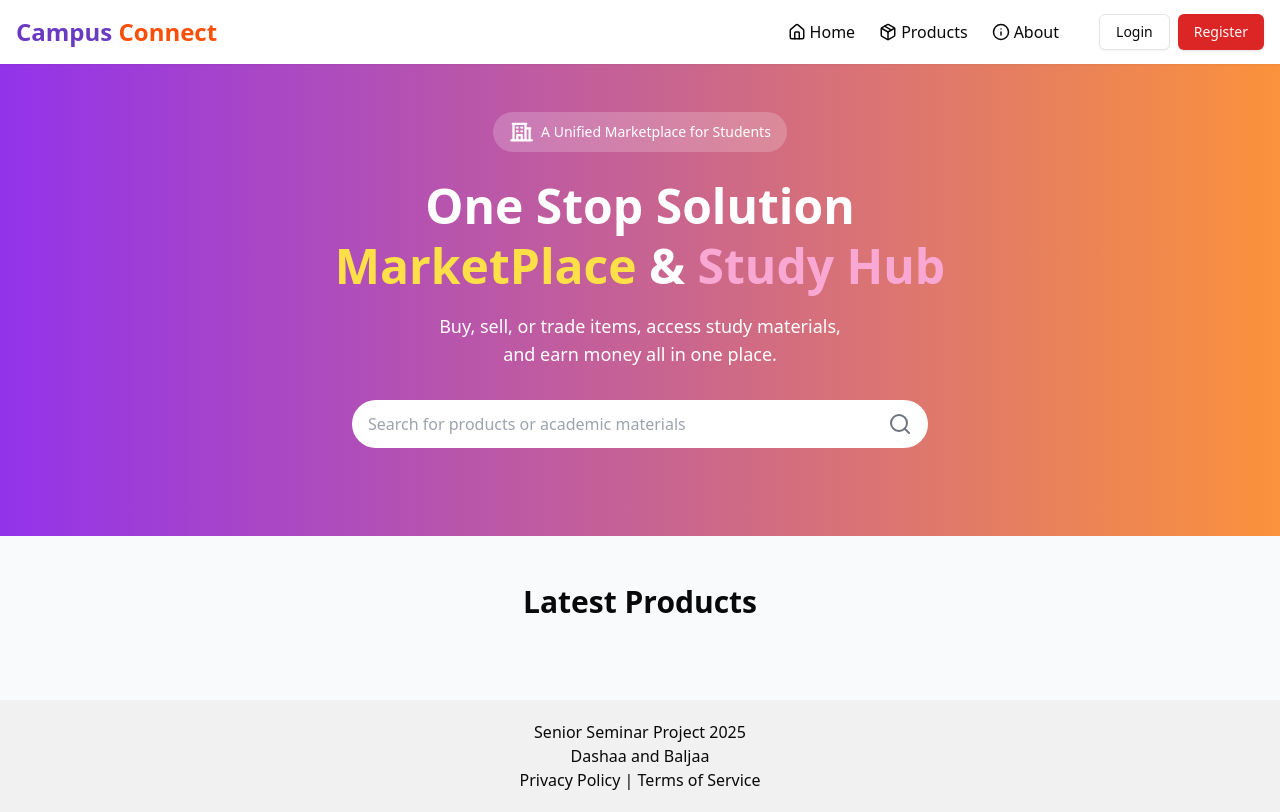
Repository: DashaaFX/Campus-Connect-CSC482
Page: / (app in frontend-recovery/)
These files come from the project's save history. The page is drawn as it stood at one moment and after the next save; the edit follows.
The browser window is 1280 px wide. The pictures show the whole page.
The page's requests for data from a server got no answer. The project was rebuilt for these pictures with package versions that can differ from the ones it lists, and the page was loaded fresh each time. No one was signed in, and anything a server would have sent is missing. Also part of the build but not shown: frontend-recovery/vite.config.js, frontend-recovery/src/components/ui/popover.jsx, frontend-recovery/src/components/ui/avatar.jsx, frontend-recovery/src/components/ui/label.jsx, frontend-recovery/src/components/ui/input.jsx, frontend-recovery/src/components/ui/radio-group.jsx, frontend-recovery/src/components/authentication/Login.jsx, frontend-recovery/src/components/authentication/Register.jsx and 22 more.

Above is the page before, as saved 2025-05-10 18:25:43.

### frontend-recovery/index.html
<!doctype html>
<html lang="en">
  <head>
    <meta charset="UTF-8" />
    <link rel="icon" href="/sunfire sensei logo.png" />
    <meta name="viewport" content="width=device-width, initial-scale=1.0" />
    <title>Campus Connect</title>
  </head>
  <body>
    <div id="root"></div>
    <script type="module" src="/src/main.jsx"></script>
  </body>
</html>

### frontend-recovery/src/main.jsx
import { StrictMode } from "react";
import { createRoot } from "react-dom/client";
import "./index.css";
import App from "./App.jsx";
import { Toaster } from "./components/ui/sonner";
import { Provider } from "react-redux";
import { persistStore } from "redux-persist";

import store from "./redux/store";
import { PersistGate } from "redux-persist/integration/react";

const persistor = persistStore(store);

createRoot(document.getElementById("root")).render(
  <StrictMode>
    <Provider store={store}>
      <PersistGate loading={null} persistor={persistor}>
        <App />
        <Toaster />
      </PersistGate>
    </Provider>
  </StrictMode>
);

### frontend-recovery/src/index.css
@tailwind base;
@tailwind components;
@tailwind utilities;

/* ... */

@layer base {
  :root {

    --background: 0 0% 100%;

    --foreground: 240 10% 3.9%;

    --card: 0 0% 100%;

    --card-foreground: 240 10% 3.9%;

    --popover: 0 0% 100%;

    --popover-foreground: 240 10% 3.9%;

    --primary: 240 5.9% 10%;

    --primary-foreground: 0 0% 98%;

    --secondary: 240 4.8% 95.9%;

    --secondary-foreground: 240 5.9% 10%;

    --muted: 240 4.8% 95.9%;

    --muted-foreground: 240 3.8% 46.1%;

    --accent: 240 4.8% 95.9%;

    --accent-foreground: 240 5.9% 10%;

    --destructive: 0 84.2% 60.2%;

    --destructive-foreground: 0 0% 98%;

    --border: 240 5.9% 90%;

    --input: 240 5.9% 90%;

    --ring: 240 10% 3.9%;

    --chart-1: 12 76% 61%;

    --chart-2: 173 58% 39%;

    --chart-3: 197 37% 24%;

    --chart-4: 43 74% 66%;

    --chart-5: 27 87% 67%;

    --radius: 0.5rem
  }
  .dark {

    --background: 240 10% 3.9%;

    --foreground: 0 0% 98%;

    --card: 240 10% 3.9%;

    --card-foreground: 0 0% 98%;

    --popover: 240 10% 3.9%;

    --popover-foreground: 0 0% 98%;

    --primary: 0 0% 98%;

    --primary-foreground: 240 5.9% 10%;

    --secondary: 240 3.7% 15.9%;

    --secondary-foreground: 0 0% 98%;

    --muted: 240 3.7% 15.9%;

    --muted-foreground: 240 5% 64.9%;

    --accent: 240 3.7% 15.9%;

    --accent-foreground: 0 0% 98%;

    --destructive: 0 62.8% 30.6%;

    --destructive-foreground: 0 0% 98%;

    --border: 240 3.7% 15.9%;

    --input: 240 3.7% 15.9%;

    --ring: 240 4.9% 83.9%;

    --chart-1: 220 70% 50%;

    --chart-2: 160 60% 45%;

    --chart-3: 30 80% 55%;

    --chart-4: 280 65% 60%;

    --chart-5: 340 75% 55%
  }
}

@layer base {
  * {
    @apply border-border;
  }
  body {
    @apply bg-background text-foreground;
  }
}

@keyframes collapsible-down {
  from {
    height: 0;
    opacity: 0;
  }
  to {
    height: var(--radix-collapsible-content-height);
    opacity: 1;
  }
}

@keyframes collapsible-up {
  from {
    height: var(--radix-collapsible-content-height);
    opacity: 1;
  }
  to {
    height: 0;
    opacity: 0;
  }
}

### frontend-recovery/src/App.jsx
import React from "react";
import { createBrowserRouter, RouterProvider } from "react-router-dom";
import { Provider } from "react-redux";
import store from "./redux/store";

// Pages & Components
import Layout from "./Layout";
import Home from "./components/components_lite/Home";
import Login from "./components/authentication/Login";
import Register from "./components/authentication/Register";
import Profile from "./components/components_lite/Profile";
import PrivacyPolicy from "./components/components_lite/PrivacyPolicy";
import TermsofService from "./components/components_lite/TermsofService";
import Creator from "./components/creator/Creator";
import PostProduct from "./components/admincomponent/PostProduct";
import EditProductForm from "./components/admincomponent/EditProductForm";
import AdminProducts from "./pages/AdminProducts";

import PublicProductPage from "./components/components_lite/PublicProductPage";
import Products from "./components/components_lite/Products";
import CartPage from "./pages/CartPage";
import CheckoutPage from "./pages/CheckoutPage";
import MyOrdersPage from "./pages/MyOrdersPage";
import MySalesPage from "./pages/MySalesPage";

const appRouter = createBrowserRouter([
  {
    path: "/",
    element: <Layout />,
    children: [
      { path: "", element: <Home /> },
      { path: "home", element: <Home /> },
      { path: "login", element: <Login /> },
      { path: "register", element: <Register /> },
      { path: "profile", element: <Profile /> },
      { path: "privacy-policy", element: <PrivacyPolicy /> },
      { path: "terms-of-service", element: <TermsofService /> },
      { path: "creator", element: <Creator /> },


      { path: "products", element: <PublicProductPage /> },
      { path: "products/:id", element: <Products /> },


      { path: "cart", element: <CartPage /> },
      { path: "checkout", element: <CheckoutPage /> },


      { path: "my-orders", element: <MyOrdersPage /> },
      { path: "my-sales", element: <MySalesPage /> },
      { path: "products/create", element: <PostProduct /> },

    ]
  }
]);

function App() {
  return (
    <Provider store={store}>
      <RouterProvider router={appRouter} />
    </Provider>
  );
}

export default App;

### frontend-recovery/src/components/ui/sonner.jsx
import { useTheme } from "next-themes"
import { Toaster as Sonner } from "sonner"

const Toaster = ({
  ...props
}) => {
  const { theme = "system" } = useTheme()

  return (
    (<Sonner
      theme={theme}
      className="toaster group"
      toastOptions={{
        classNames: {
          toast:
            "group toast group-[.toaster]:bg-background group-[.toaster]:text-foreground group-[.toaster]:border-border group-[.toaster]:shadow-lg",
          description: "group-[.toast]:text-muted-foreground",
          actionButton:
            "group-[.toast]:bg-primary group-[.toast]:text-primary-foreground",
          cancelButton:
            "group-[.toast]:bg-muted group-[.toast]:text-muted-foreground",
        },
      }}
      {...props} />)
  );
}

export { Toaster }

### frontend-recovery/src/Layout.jsx
import React from "react";
import Navbar from "./components/components_lite/Navbar";
import { Outlet } from "react-router-dom";

const Layout = () => {
  return (
    <div>
      <Navbar />
      <Outlet />
    </div>
  );
};

export default Layout;

### frontend-recovery/src/components/components_lite/Home.jsx
// src/components/components_lite/Home.jsx
import React, { useEffect, useState } from 'react';
import Navbar from './Navbar';
import Header from './Header';
import Footer from './Footer';
import axios from 'axios';
import { PRODUCT_API_ENDPOINT } from '@/utils/data';
import { Link } from 'react-router-dom';
import { Button } from '../ui/button';
import LatestProducts from './LatestProducts';

const BASE_URL = import.meta.env.VITE_API_BASE_URL || 'http://localhost:3000';

const Home = () => {
  const [recentProducts, setRecentProducts] = useState([]);

  useEffect(() => {
    axios
      .get(`${PRODUCT_API_ENDPOINT}?limit=6&sort=-createdAt`)
      .then(res => {
        setRecentProducts(res.data.data || res.data);
      })
      .catch(err => console.error('Failed to load products', err));
  }, []);

  return (
    <div className="min-h-screen flex flex-col">

      <Header />

      <main className="flex-grow bg-gray-50 py-12 px-4">
      <div className="container mx-auto">
        <h2 className="text-3xl font-bold text-center mb-8">Latest Products</h2>
        <LatestProducts limit={6} />
      </div>
    </main>

      <Footer />
    </div>
  );
};

export default Home;

### frontend-recovery/src/components/components_lite/Navbar.jsx
import React from "react";
import { useEffect } from "react";
import { fetchCart } from "@/redux/cartSlice";
import { Link, useNavigate } from "react-router-dom";
import { Popover, PopoverContent, PopoverTrigger } from "../ui/popover";
import { Avatar, AvatarImage } from "../ui/avatar";
import { Button } from "../ui/button";
import { LogOut, User2, ShoppingCart, PackageCheck, PackageSearch,Home, Package, Info } from "lucide-react";
import { useDispatch, useSelector } from "react-redux";
import { toast } from "sonner";
import axios from "axios";
import { setUser } from "@/redux/authSlice";
import { USER_API_ENDPOINT } from "@/utils/data";


const Navbar = () => {
  const { user } = useSelector((store) => store.auth);
  const cartItems = useSelector((state) => state.cart.items);
  const itemCount = cartItems.reduce((acc, item) => acc + item.quantity, 0);


  const dispatch = useDispatch();
  const navigate = useNavigate();
  useEffect(() => {
    dispatch(fetchCart());
  }, [dispatch]);

  const logoutHandler = async () => {
    try {
      const res = await axios.post(`${USER_API_ENDPOINT}/logout`, {
        withCredentials: true,
      });
      if (res && res.data && res.data.success) {
        dispatch(setUser(null));
        navigate("/");
        toast.success(res.data.message);
      } else {
        console.error("Error logging out:", res.data);
      }
    } catch (error) {
      console.error("Axios error:", error);
      if (error.response) {
        console.error("Error response:", error.response.data);
      }
      toast.error("Error logging out. Please try again.");
    }
  };

  return (
    <div className="bg-white sticky top-0 z-50 shadow-sm">
      <div className="flex items-center justify-between mx-auto max-w-7xl h-16 px-4">
        <div>
          <Link to="/" className="cursor-pointer">
            <h1 className="text-2xl font-bold">
              <span className="text-[#6B3AC2]">Campus</span>{" "}
              <span className="text-[#FA4F09]">Connect</span>
            </h1>
          </Link>
        </div>

        <div className="flex items-center gap-10">
          <ul className="flex font-medium items-center gap-6">
          <li className="flex items-center gap-1">
            <Home size={18} />
            <Link to={"/Home"}>Home</Link>
          </li>
          <li className="flex items-center gap-1">
            <Package size={18} />
            <Link to={"/products"}>Products</Link>
          </li>
          <li className="flex items-center gap-1">
            <Info size={18} />
            <Link to={"/Creator"}>About</Link>
          </li>

            {user && (
              <>
                <li>
                  <Link to={"/cart"} className="relative flex items-center gap-1">
                    <ShoppingCart size={18} />
                    Cart
                    {itemCount > 0 && (
                      <span className="ml-1 inline-flex items-center justify-center px-2 py-0.5 text-xs font-bold text-white bg-red-500 rounded-full">
                        {itemCount}
                      </span>
                    )}
                  </Link>
                </li>
                <li>
                  <Link to={"/my-orders"} className="flex items-center gap-1">
                    <PackageCheck size={18} />
                    My Orders
                  </Link>
                </li>
                <li>
                  <Link to={"/my-sales"} className="flex items-center gap-1">
                    <PackageSearch size={18} />
                    My Sales
                  </Link>
                </li>

              </>
            )}
          </ul>

          {!user ? (
            <div className="flex items-center gap-2">
              <Link to={"/login"}>
                <Button variant="outline">Login</Button>
              </Link>
              <Link to={"/register"}>
                <Button className="bg-red-600 hover:bg-red-700">
                  Register
                </Button>
              </Link>
            </div>
          ) : (
            <Popover>
              <PopoverTrigger asChild>
                <Avatar className="cursor-pointer">
                  <AvatarImage
                    src={user?.profile?.profilePhoto}
                    alt="profile"
                  />
                </Avatar>
              </PopoverTrigger>
              <PopoverContent className="w-80">
                <div className="flex items-center gap-4 space-y-2">
                  <Avatar>
                    <AvatarImage
                      src={user?.profile?.profilePhoto}
                      alt="profile"
                    />
                  </Avatar>
                  <div>
                    <h3 className="font-medium">{user?.fullname}</h3>
                    <p className="text-sm text-muted-foreground">
                      {user?.profile?.bio}
                    </p>
                  </div>
                </div>

                <div className="flex flex-col my-2 text-gray-600">
                  <div className="flex w-fit items-center gap-2 cursor-pointer">
                    <User2 />
                    <Button variant="link">
                      <Link to={"/Profile"}>Profile</Link>
                    </Button>
                  </div>

                  <div className="flex w-fit items-center gap-2 cursor-pointer">
                    <LogOut />
                    <Button onClick={logoutHandler} variant="link">
                      Logout
                    </Button>
                  </div>
                </div>
              </PopoverContent>
            </Popover>
          )}
        </div>
      </div>
    </div>
  );
};

export default Navbar;

### frontend-recovery/src/components/components_lite/Header.jsx
// src/components/components_lite/Header.jsx
import React, { useEffect, useState } from 'react';
import { Button } from '../ui/button';
import { Search } from 'lucide-react';
import { PiBuildingOfficeBold } from 'react-icons/pi';
import axios from 'axios';
import { CATEGORY_API_ENDPOINT } from '@/utils/data';
import { useNavigate } from 'react-router-dom';

const Header = () => {
  const [categories, setCategories] = useState([]);
  const navigate = useNavigate();

  useEffect(() => {
    axios
      .get(CATEGORY_API_ENDPOINT)
      .then(res => setCategories(res.data))
      .catch(err => console.error('Failed to load categories', err));
  }, []);

  return (
    <header className="bg-gradient-to-r from-purple-600 to-orange-400 text-white py-12 px-4">
      <div className="container mx-auto text-center">
        <div className="mb-6">
          <span className="inline-flex items-center px-4 py-2 bg-white bg-opacity-20 rounded-full text-sm font-medium">
            <PiBuildingOfficeBold className="mr-2 text-2xl" />
            A Unified Marketplace for Students
          </span>
        </div>
        <h1 className="text-5xl font-extrabold leading-tight mb-4">
          One Stop Solution <br />
          <span className="text-yellow-300">MarketPlace</span> & <span className="text-pink-300">Study Hub</span>
        </h1>
        <p className="text-lg mb-8">
          Buy, sell, or trade items, access study materials,<br /> and earn money all in one place.
        </p>
        <div className="max-w-xl mx-auto relative">
          <input
            type="text"
            placeholder="Search for products or academic materials"
            className="w-full py-3 px-4 rounded-full text-black focus:outline-none"
          />
          <Search className="absolute right-4 top-1/2 transform -translate-y-1/2 text-gray-500" />
        </div>
      </div>

      <nav className="mt-10 overflow-x-auto">
        <ul className="flex space-x-4 px-4">
          {categories.map(cat => (
            <li key={cat._id}>
              <Button
                variant="outline"
                onClick={() => navigate(`/products/category/${cat._id}`)}
              >
                {cat.name.replace(/_/g, ' ')}
              </Button>
            </li>
          ))}
        </ul>
      </nav>
    </header>
  );
};

export default Header;

### frontend-recovery/src/components/components_lite/Footer.jsx
import React from "react";
import { Link } from "react-router-dom";

const Footer = () => {
  return (
    <div>
      {/* Footer for the current page */}
      <div
        style={{
          textAlign: "center",
          padding: "20px",
          backgroundColor: "#f1f1f1",
        }}
      >
        <p> Senior Seminar Project 2025</p>
        <p>
          Dashaa and Baljaa
        </p>
        <p>
          <Link to={"/PrivacyPolicy"}>Privacy Policy </Link> |
          <Link to={"/TermsofService"}> Terms of Service</Link>
        </p>
      </div>
    </div>
  );
};

export default Footer;

### frontend-recovery/src/utils/data.js
export const USER_API_ENDPOINT = "http://localhost:5011/api/user";
export const JOB_API_ENDPOINT = "http://localhost:5011/api/job";
export const APPLICATION_API_ENDPOINT = "http://localhost:5011/api/application";
export const COMPANY_API_ENDPOINT = "http://localhost:5011/api/company";
export const PRODUCT_API_ENDPOINT = "http://localhost:5011/api/products";
export const CATEGORY_API_ENDPOINT = "http://localhost:5011/api/categories";
export const CART_API_ENDPOINT = "http://localhost:5011/api/cart";
export const ORDER_API_ENDPOINT = "http://localhost:5011/api/orders";

### frontend-recovery/src/components/ui/button.jsx
import * as React from "react"
import { Slot } from "@radix-ui/react-slot"
import { cva } from "class-variance-authority";

import { cn } from "@/lib/utils"

const buttonVariants = cva(
  "inline-flex items-center justify-center gap-2 whitespace-nowrap rounded-md text-sm font-medium transition-colors focus-visible:outline-none focus-visible:ring-1 focus-visible:ring-ring disabled:pointer-events-none disabled:opacity-50 [&_svg]:pointer-events-none [&_svg]:size-4 [&_svg]:shrink-0",
  {
    variants: {
      variant: {
        default:
          "bg-primary text-primary-foreground shadow hover:bg-primary/90",
        destructive:
          "bg-destructive text-destructive-foreground shadow-sm hover:bg-destructive/90",
        outline:
          "border border-input bg-background shadow-sm hover:bg-accent hover:text-accent-foreground",
        secondary:
          "bg-secondary text-secondary-foreground shadow-sm hover:bg-secondary/80",
        ghost: "hover:bg-accent hover:text-accent-foreground",
        link: "text-primary underline-offset-4 hover:underline",
      },
      size: {
        default: "h-9 px-4 py-2",
        sm: "h-8 rounded-md px-3 text-xs",
        lg: "h-10 rounded-md px-8",
        icon: "h-9 w-9",
      },
    },
    defaultVariants: {
      variant: "default",
      size: "default",
    },
  }
)

const Button = React.forwardRef(({ className, variant, size, asChild = false, ...props }, ref) => {
  const Comp = asChild ? Slot : "button"
  return (
    (<Comp
      className={cn(buttonVariants({ variant, size, className }))}
      ref={ref}
      {...props} />)
  );
})
Button.displayName = "Button"

export { Button, buttonVariants }

### frontend-recovery/src/components/components_lite/LatestProducts.jsx
// src/components/components_lite/LatestProducts.jsx
import React, { useEffect, useState } from 'react';
import axios from 'axios';
import { PRODUCT_API_ENDPOINT } from '@/utils/data';
import { Link } from 'react-router-dom';
import { Button } from '../ui/button';
import { useDispatch } from 'react-redux';
import { addToCart ,fetchCart } from '@/redux/cartSlice';
import { toast } from 'sonner';

const BASE_URL = import.meta.env.VITE_API_BASE_URL || 'http://localhost:3000';

const LatestProducts = ({ limit = 6 }) => {
  const [products, setProducts] = useState([]);
  const dispatch = useDispatch();

  useEffect(() => {
    axios
      .get(`${PRODUCT_API_ENDPOINT}?limit=${limit}&sort=-createdAt`)
      .then(res => setProducts(res.data.data || res.data))
      .catch(err => console.error('Failed to load products', err));
  }, [limit]);

  const handleAddToCart = (productId) => {
    dispatch(addToCart({ productId, quantity: 1 }))
      .unwrap()
      .then(() => {
        dispatch(fetchCart()); // ✅ Ensure cart state updates immediately
        toast.success("Added to cart");
      })
      .catch(() => toast.error("Failed to add to cart"));
  };

  return (
    <div className="grid grid-cols-1 sm:grid-cols-2 md:grid-cols-3 gap-6">
      {products.map(product => (
        <div
          key={product._id}
          className="bg-white rounded-lg shadow hover:shadow-lg transition-shadow p-4 flex flex-col"
        >
          <Link to={`/products/${product._id}`}>
            <img
              src={
                product.images?.[0]
                  ? `${BASE_URL}${product.images[0]}`
                  : '/placeholder-image.jpg'
              }
              alt={product.title}
              className="h-40 w-full object-cover rounded"
            />
            <h3 className="mt-4 font-semibold text-lg">{product.title}</h3>
            <p className="text-sm text-gray-500 flex-grow mt-1">
              {product.description?.substring(0, 60)}...
            </p>
          </Link>
          <div className="mt-4 flex items-center justify-between">
            <span className="font-bold text-xl">${product.price.toFixed(2)}</span>
          </div>
          <div className="mt-3 flex gap-2">
            <Link to={`/products/${product._id}`}>
              <Button size="sm" variant="outline">View</Button>
            </Link>
            <Button size="sm" onClick={() => handleAddToCart(product._id)}>Add to Cart</Button>
          </div>
        </div>
      ))}
    </div>
  );
};

export default LatestProducts;

Loaded but not shown: frontend-recovery/src/lib/utils.js (common file); frontend-recovery/tailwind.config.js (common file); frontend-recovery/src/redux/productSlice.js (180 lines, source omitted); frontend-recovery/src/redux/authSlice.js (133 lines, source omitted); frontend-recovery/src/redux/cartSlice.js (85 lines, source omitted); frontend-recovery/src/redux/store.js (41 lines, source omitted)

After the next save:
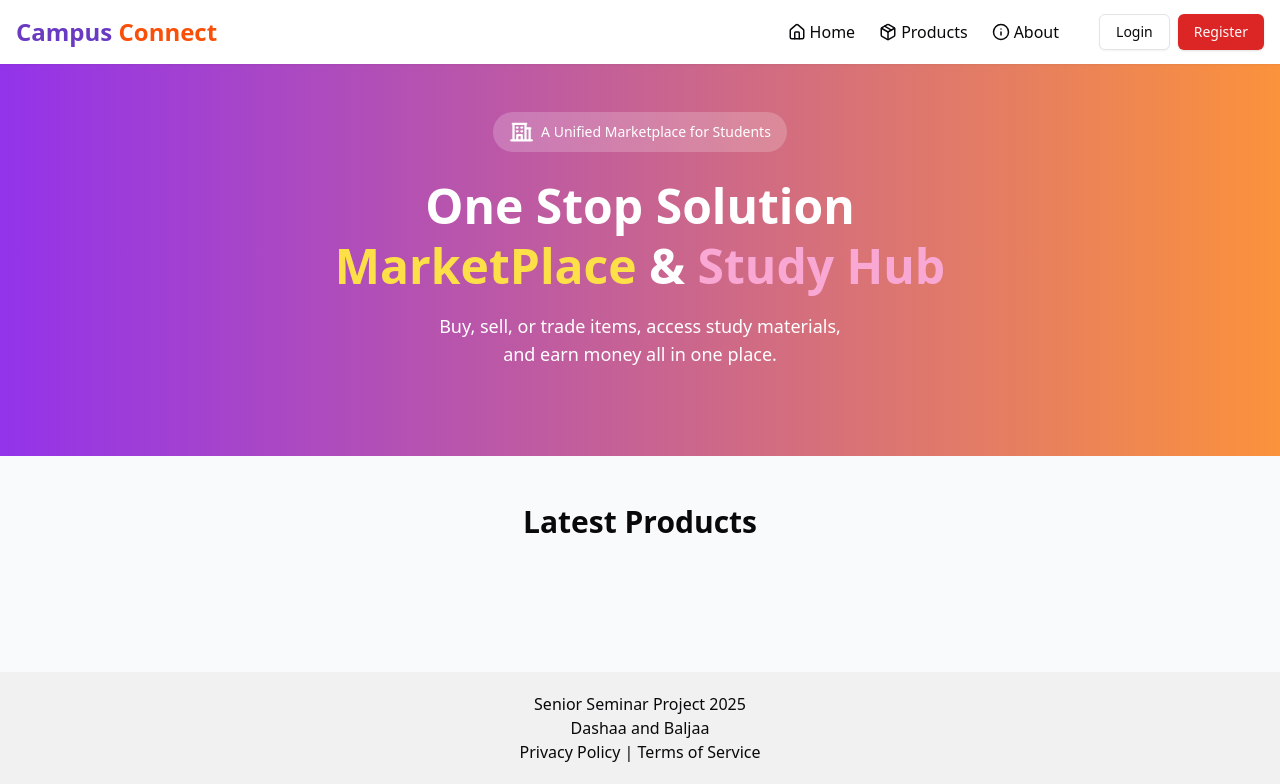
Saved 65 s later.
--- a/frontend-recovery/src/components/components_lite/Header.jsx
+++ b/frontend-recovery/src/components/components_lite/Header.jsx
@@ -34,23 +34,17 @@ const Header = () => {
         <p className="text-lg mb-8">
           Buy, sell, or trade items, access study materials,<br /> and earn money all in one place.
         </p>
-        <div className="max-w-xl mx-auto relative">
-          <input
-            type="text"
-            placeholder="Search for products or academic materials"
-            className="w-full py-3 px-4 rounded-full text-black focus:outline-none"
-          />
-          <Search className="absolute right-4 top-1/2 transform -translate-y-1/2 text-gray-500" />
-        </div>
+
       </div>
 
       <nav className="mt-10 overflow-x-auto">
-        <ul className="flex space-x-4 px-4">
+        <ul className="flex flex-wrap justify-center gap-4 px-4">
           {categories.map(cat => (
             <li key={cat._id}>
               <Button
-                variant="outline"
-                onClick={() => navigate(`/products/category/${cat._id}`)}
+                variant="secondary" // change from "outline" to "secondary"
+                onClick={() => navigate(`/products?category=${cat._id}`)}
+                className="capitalize"
               >
                 {cat.name.replace(/_/g, ' ')}
               </Button>
@@ -58,6 +52,7 @@ const Header = () => {
           ))}
         </ul>
       </nav>
+
     </header>
   );
 };
